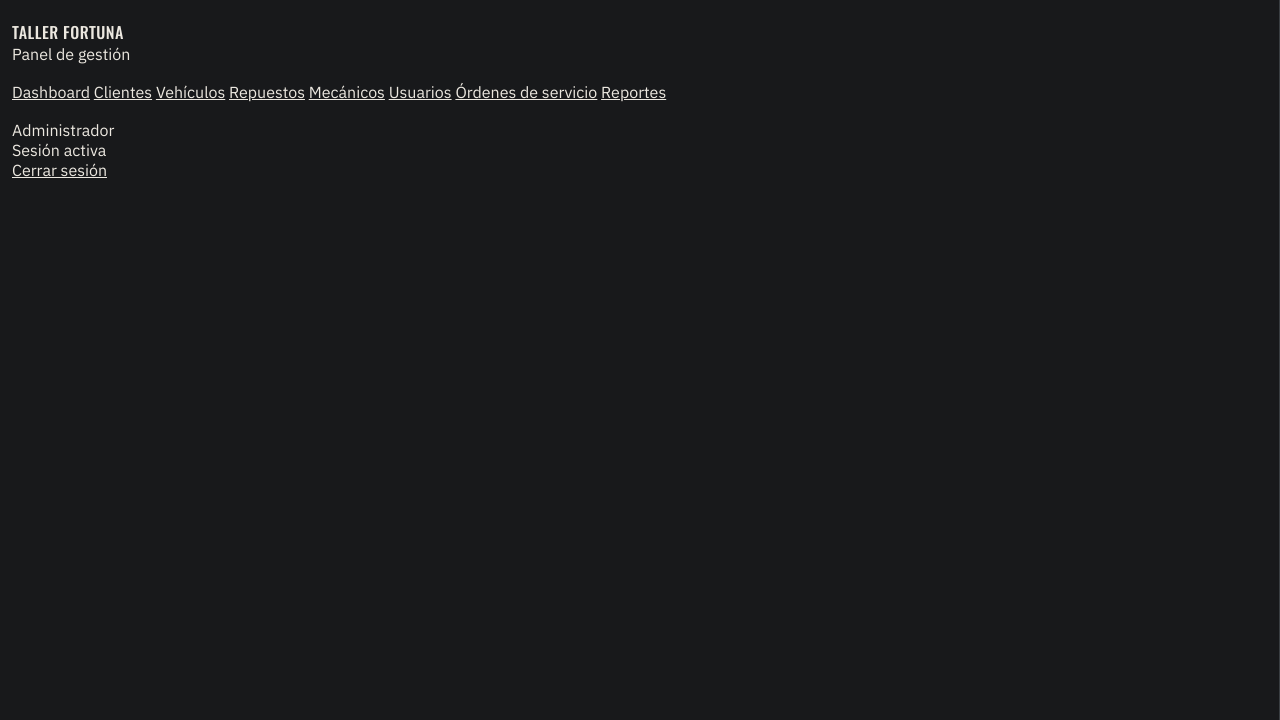
Repository: Santiago1748/ProyectoTallerAutos
Page: http://localhost/TallerMecanico/sidebar.jsp
The author's editor kept a copy of each file at every save. The page is drawn from the files as they stood at one save, then again after a run of saves.
The browser window is 1280 px wide. The pictures show the whole page.
The page is served by Tomcat 9.

Above is the page before, as saved 2026-08-04 06:02:46.

After the next 5 saves:
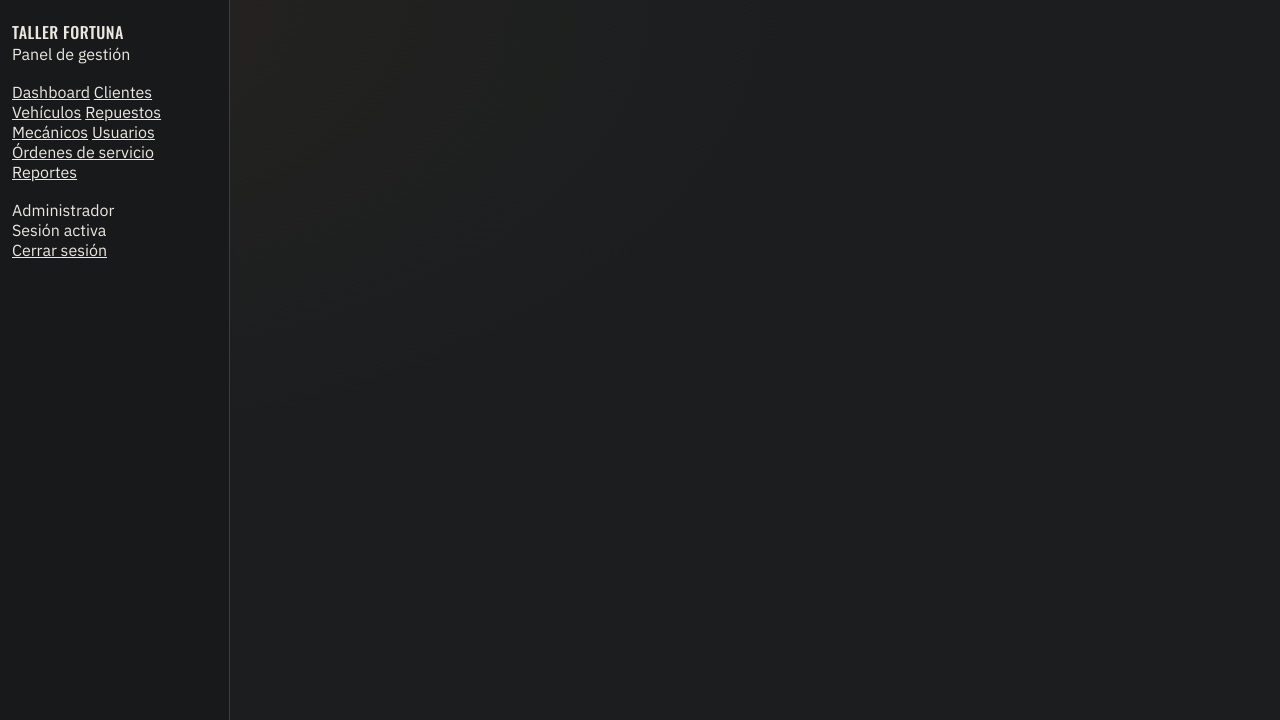
The 5 saves are shown as one change because 4 did not build or start.
The last was saved 14 min 50 s later.
--- a/tallerdeAutos - copia/TallerMecanico/src/main/webapp/sidebar.jsp
+++ b/tallerdeAutos - copia/TallerMecanico/src/main/webapp/sidebar.jsp
@@ -11,11 +11,13 @@
 <link rel="stylesheet" href="<%=request.getContextPath()%>/css/dashboard.css">
 </head>
 <body>
+<div class= "shell">
 
 
-<%
-    String uri = request.getRequestURI();
-%>
+
+	<%
+    	String uri = request.getRequestURI();
+	%>
 <aside class="sidebar">
   <div class="brand">
     <div class="brand-mark"></div>
@@ -43,5 +45,6 @@
     <a href="LogoutServlet" class="btn-logout">Cerrar sesión</a>
   </div>
 </aside>
+</div>
 </body>
 </html>
